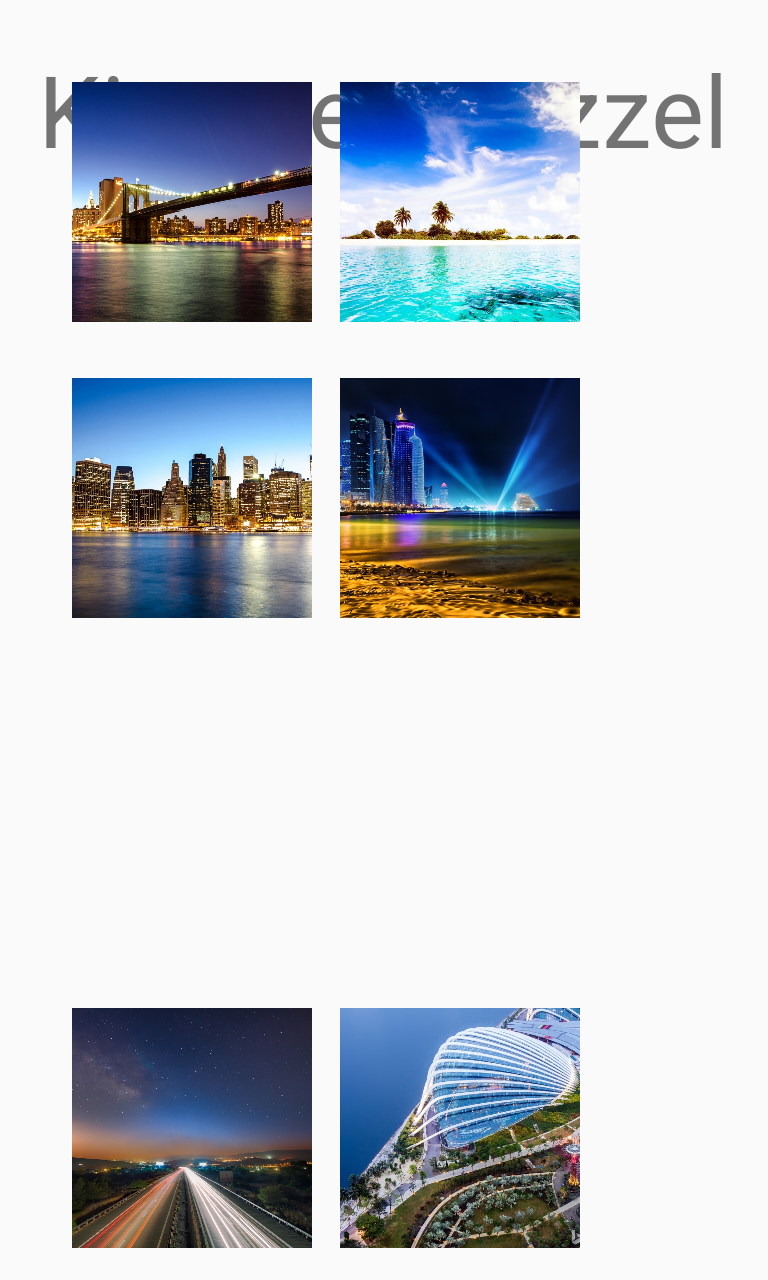
Repository: MarcSelles/nPuzzle10447768
Layout: NPuzzle10447768/res/layout/activity_main.xml
These files come from the project's save history. The layout is drawn as it stood at one moment and after the next save; the edit follows.
It is drawn on a 768 x 1280 px phone screen (xhdpi) without system bars, with theme AppTheme; the app's code is not run.

Above is the layout before, as saved 2014-11-23 13:31:58.

### NPuzzle10447768/res/layout/activity_main.xml
<RelativeLayout xmlns:android="http://schemas.android.com/apk/res/android"
    xmlns:tools="http://schemas.android.com/tools"
    android:layout_width="match_parent"
    android:layout_height="match_parent"
    android:paddingBottom="@dimen/activity_vertical_margin"
    android:paddingLeft="@dimen/activity_horizontal_margin"
    android:paddingRight="@dimen/activity_horizontal_margin"
    android:paddingTop="@dimen/activity_vertical_margin"
    tools:context="nl.mprog.projects.NPuzzle10447768.MainActivity" >

    <TextView
        android:layout_width="wrap_content"
        android:layout_height="wrap_content"
        android:layout_centerHorizontal="true"
        android:layout_marginTop="5dp"
        android:textSize="50sp"
        android:text="@string/choose_image" />

    <ImageView
        android:id="@+id/imageView1"
        android:layout_width="120dp"
        android:layout_height="120dp"
        android:layout_alignParentLeft="true"
        android:layout_alignParentTop="true"
        android:layout_marginLeft="20dp"
        android:layout_marginTop="25dp"
        android:scaleType="fitXY"
        android:src="@drawable/brooklyn_bridge" />

    <ImageView
        android:id="@+id/imageView2"
        android:layout_width="120dp"
        android:layout_height="120dp"
        android:layout_alignTop="@+id/imageView1"
        android:layout_marginLeft="14dp"
        android:layout_toRightOf="@+id/imageView1"
        android:scaleType="fitXY"
        android:src="@drawable/diggrini_island" />

    <ImageView
        android:id="@+id/imageView3"
        android:layout_width="120dp"
        android:layout_height="120dp"
        android:layout_below="@+id/imageView1"
        android:layout_marginTop="28dp"
        android:layout_toLeftOf="@+id/imageView2"
        android:scaleType="fitXY"
        android:src="@drawable/manhattan_skyline" />

    <ImageView
        android:id="@+id/imageView4"
        android:layout_width="120dp"
        android:layout_height="120dp"
        android:layout_alignLeft="@+id/imageView2"
        android:layout_alignTop="@+id/imageView3"
        android:scaleType="fitXY"
        android:src="@drawable/qatar_skyline" />

    <ImageView
        android:id="@+id/imageView5"
        android:layout_width="120dp"
        android:layout_height="120dp"
        android:layout_alignLeft="@+id/imageView3"
        android:layout_alignParentBottom="true"
        android:scaleType="fitXY"
        android:src="@drawable/rush_hour" />

    <ImageView
        android:id="@+id/imageView6"
        android:layout_width="120dp"
        android:layout_height="120dp"
        android:layout_alignLeft="@+id/imageView4"
        android:layout_alignTop="@+id/imageView5"
        android:scaleType="fitXY"
        android:src="@drawable/singapore_city" />

</RelativeLayout>

### NPuzzle10447768/res/values/strings.xml
<?xml version="1.0" encoding="utf-8"?>
<resources>

    <string name="app_name">NPuzzle10447768</string>
    <string name="hello_world">Hello world!</string>
    <string name="action_settings">Settings</string>
    <string name="choose_image">Kies een puzzel</string>
    <string name="title_activity_the_game">TheGame</string>

</resources>

Loaded but not shown: NPuzzle10447768/res/values/styles.xml (common file); NPuzzle10447768/res/values-v11/styles.xml (common file); NPuzzle10447768/res/values-v14/styles.xml (common file); NPuzzle10447768/res/values/dimens.xml (common file); NPuzzle10447768/res/values-w820dp/dimens.xml (common file)

After the next save:
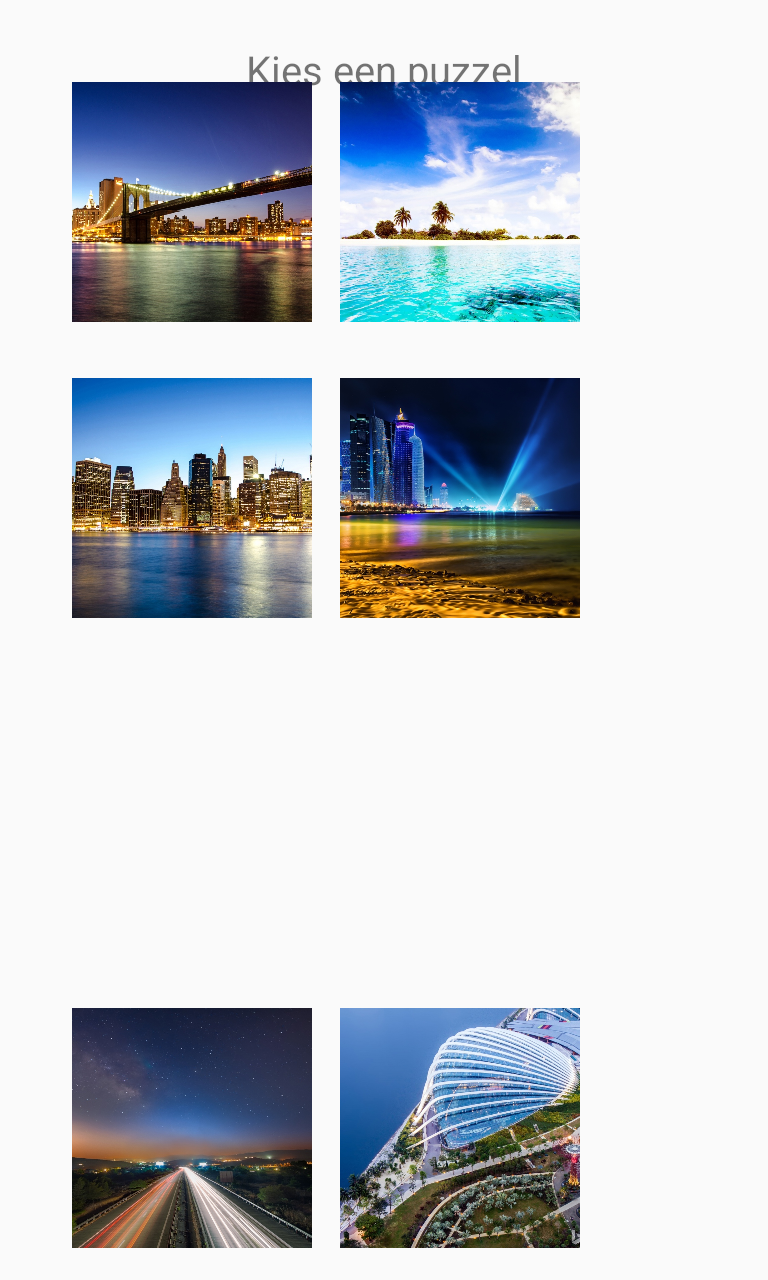
Saved 6 s later.
--- a/NPuzzle10447768/res/layout/activity_main.xml
+++ b/NPuzzle10447768/res/layout/activity_main.xml
@@ -13,7 +13,7 @@
         android:layout_height="wrap_content"
         android:layout_centerHorizontal="true"
         android:layout_marginTop="5dp"
-        android:textSize="50sp"
+        android:textSize="20sp"
         android:text="@string/choose_image" />
 
     <ImageView
